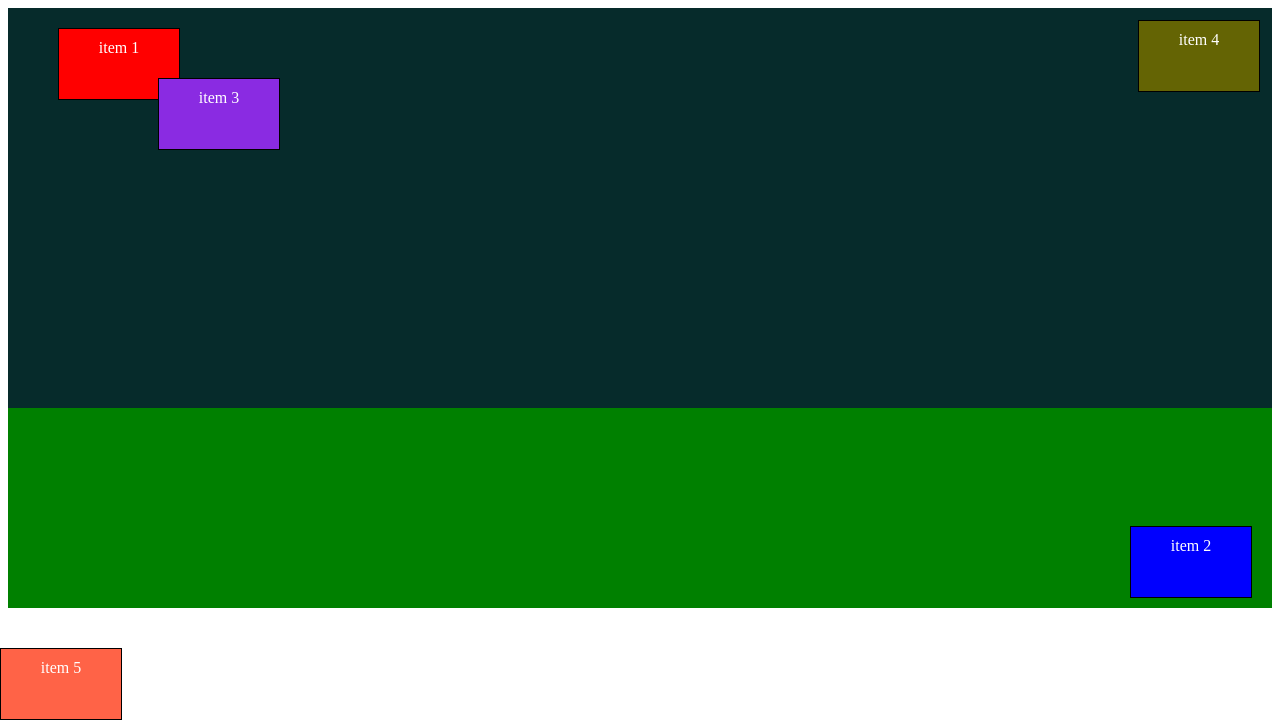
Repository: nmaury/TpsCambodge
Page: InternetProgramming/Css/sample.html
These files come from the project's save history. The page is drawn as it stood at one moment and after the next save; the edit follows.
The browser window is 1280 px wide. The pictures show the whole page.

Above is the page before, as saved 2022-12-06 02:58:01.

After the next save:
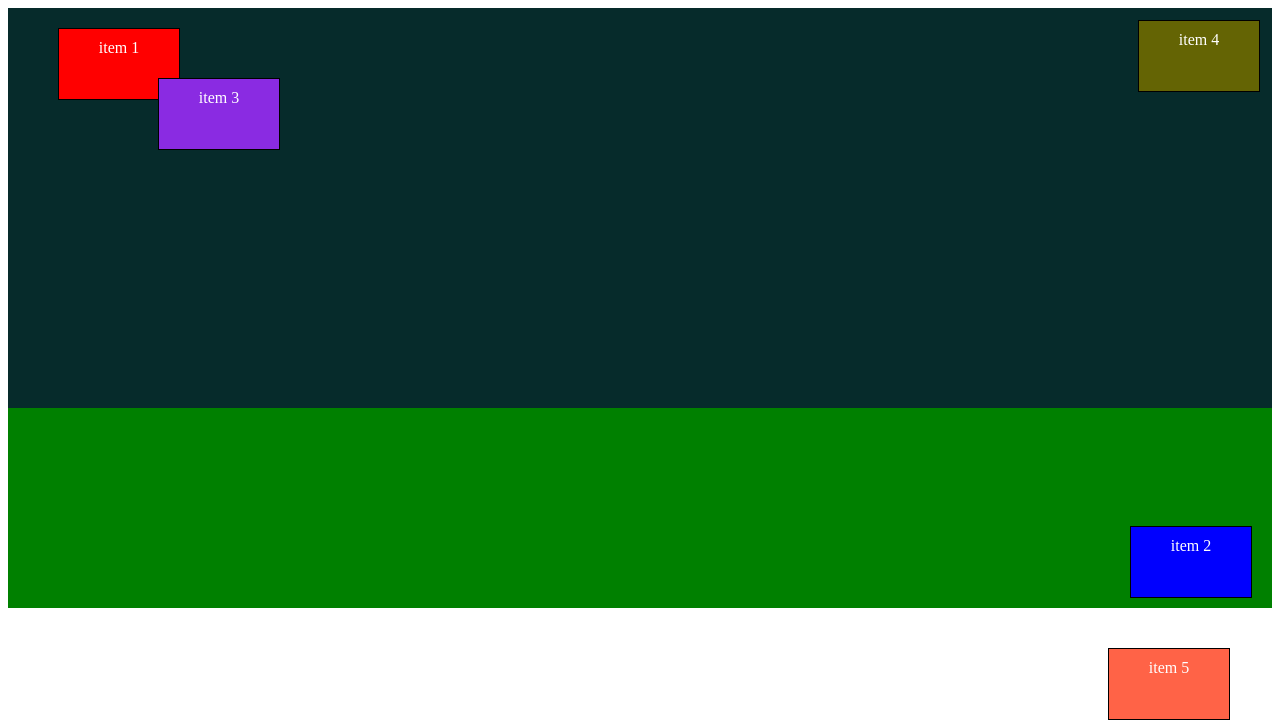
Saved 29 s later.
--- a/InternetProgramming/Css/sample.css
+++ b/InternetProgramming/Css/sample.css
@@ -32,7 +32,7 @@
 .item5{
     background-color: tomato;
     position: fixed;
-    left:0px;
+    right:50px;
     bottom: 0px;
 }
 .parent{
